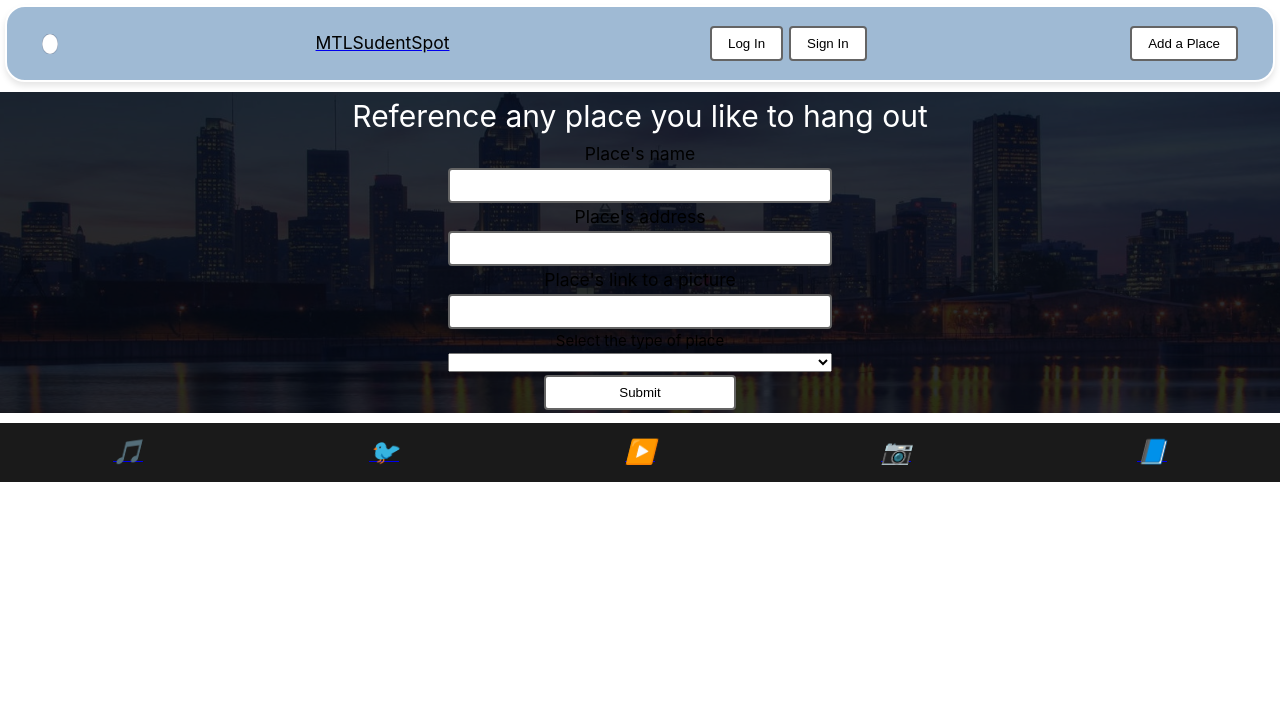
Repository: KevMn6ix/MOD8-2232-GRA-Damois-Leroi--Morant-Munto
Page: /places/add (app in client/)
These files come from the project's save history. The page is drawn as it stood at one moment and after the next save; the edit follows.
The browser window is 1280 px wide. The pictures show the whole page.
The project was rebuilt for these pictures with package versions that can differ from the ones it lists, and the page was loaded fresh each time. Also part of the build but not shown: client/vite.config.js, client/src/components/HelloWorld.vue, client/src/services/Api.js, client/src/services/AuthentificationService.js, client/src/components/Login.vue, client/src/views/LoginPage.vue, client/src/components/RowLandingPage.vue, client/src/components/PlaceItem.vue and 2 more.

Above is the page before, as saved 2023-10-18 15:40:10.

After the next save:
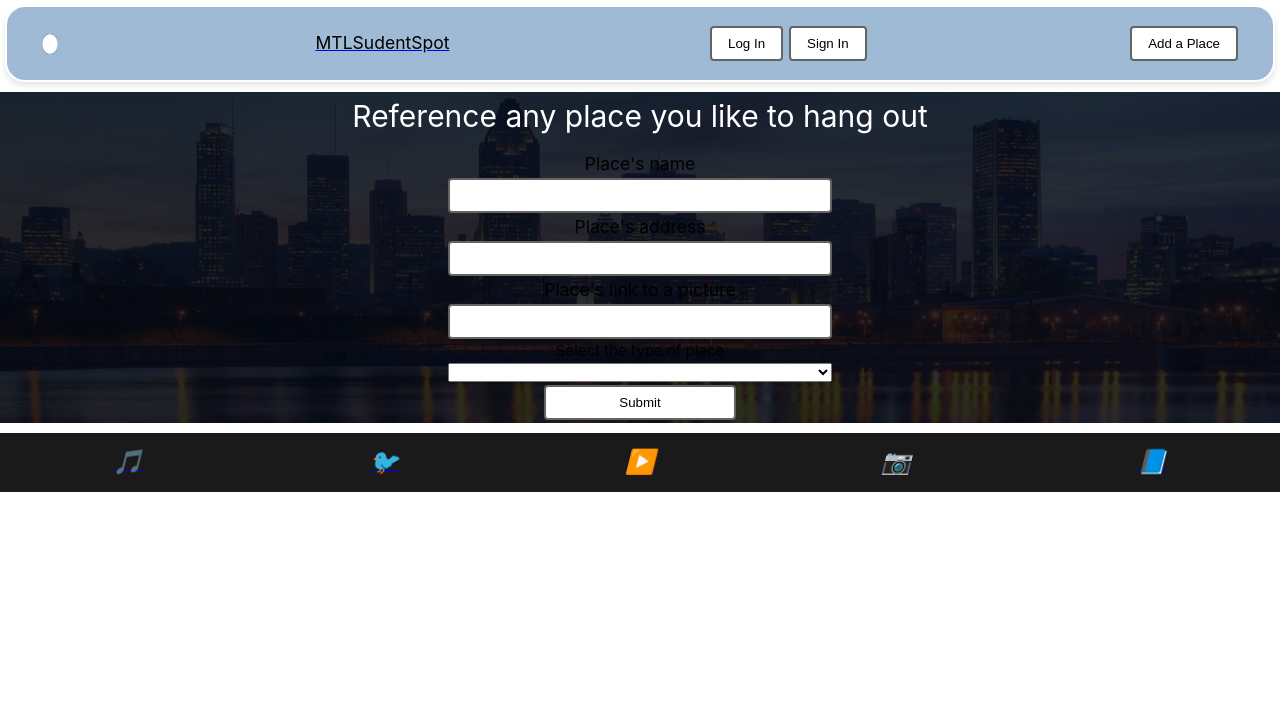
Saved 11 s later.
--- a/client/src/views/AddPageView.vue
+++ b/client/src/views/AddPageView.vue
@@ -76,6 +76,12 @@ main{
 
 }
 
+h1{
+
+    margin: 10PX;
+
+}
+
 main::before{
 
 
